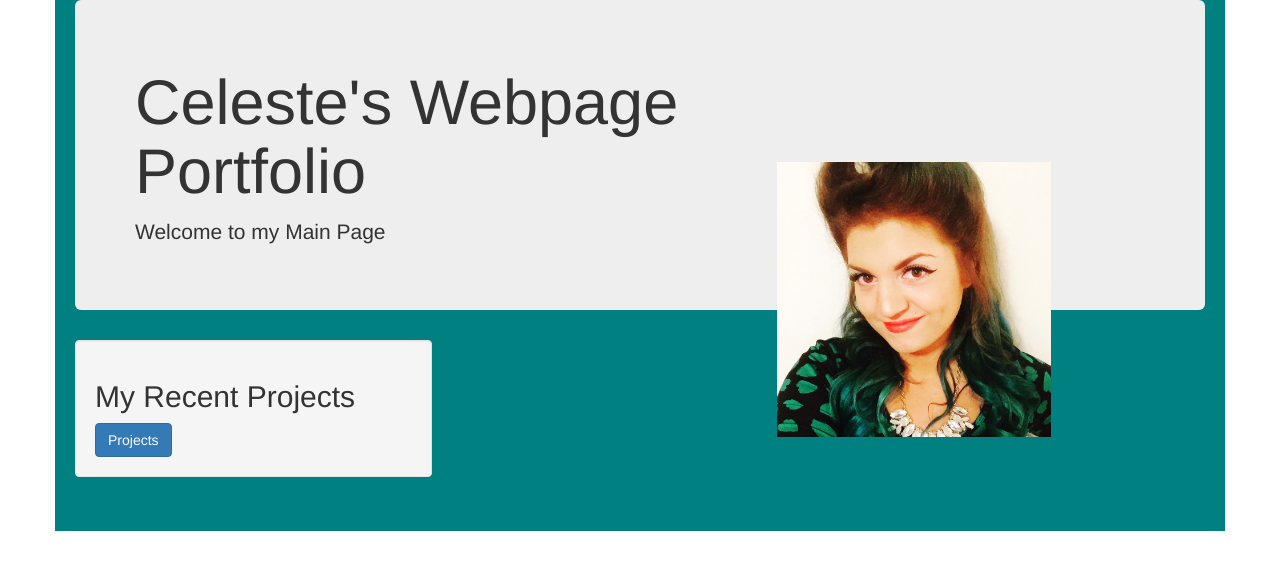
Repository: fieldceleste/portfolio-celeste
Page: portfolio-celeste.html
The author's editor kept a copy of each file at every save. The page is drawn from the files as they stood at one save, then again after the next save.
The browser window is 1280 px wide. The pictures show the whole page.

Above is the page before, as saved 2019-11-01 12:59:07.

After the next save:
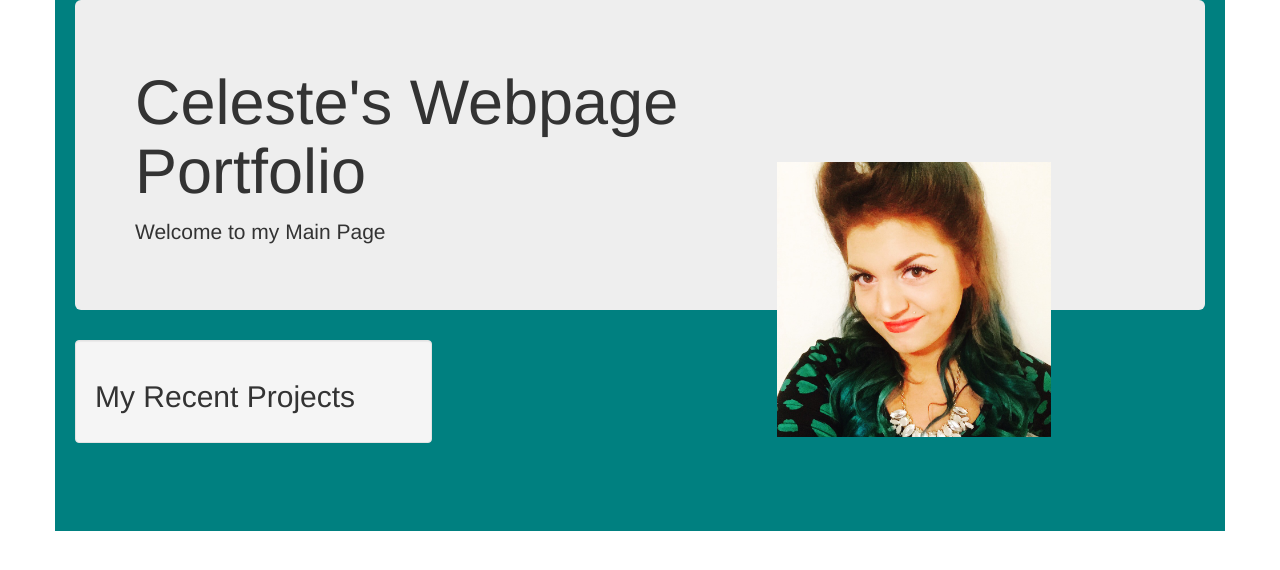
Saved 15 s later.
--- a/portfolio-celeste.html
+++ b/portfolio-celeste.html
@@ -17,15 +17,8 @@
             <div class="">
              </div>
             <h2>My Recent Projects</h2>
-            <div class="dropdown">
-                    <button type="button" class="btn btn-primary dropdown-toggle" data-toggle="dropdown">
-                    Projects
-                    </button>
-                    <div class="dropdown-menu">
-                      <a class="dropdown-item-text" href="https://github.com/fieldceleste/interior-decorator.git">Interior Decorating</a>
-                      <a class="dropdown-item" href="#">Animal Shelter</a>
-                      <a class="dropdown-item" href="#"></a>
-                    </div>
+
+
                   </div>
 
 
